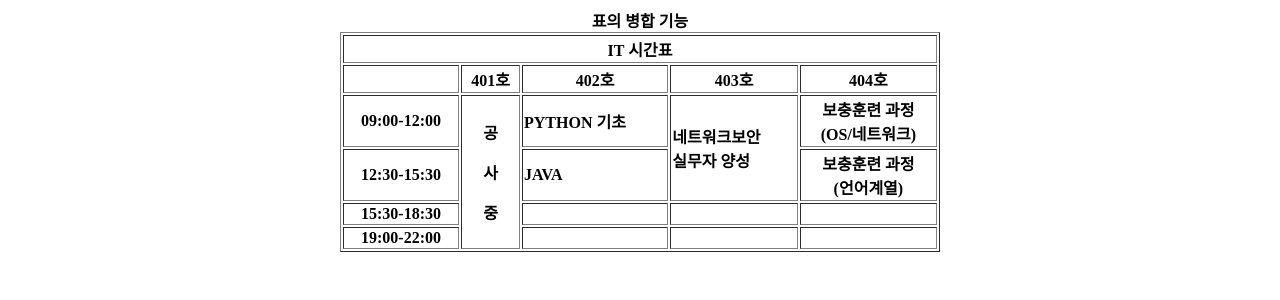
Repository: thswlsqls/JspWorkspace
Page: html/quiz_time.html
These files come from the project's save history. The page is drawn as it stood at one moment and after the next save; the edit follows.
The browser window is 1280 px wide. The pictures show the whole page.

Above is the page before, as saved 2021-04-09 08:39:37.

After the next save:
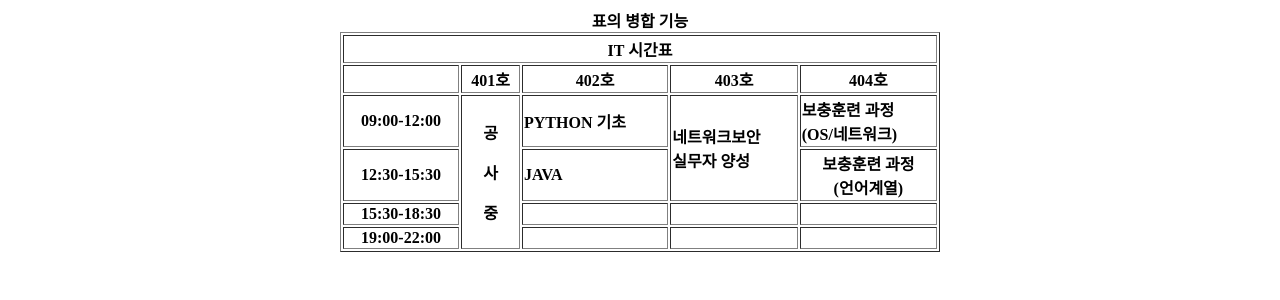
Saved 23 s later.
--- a/html/quiz_time.html
+++ b/html/quiz_time.html
@@ -14,7 +14,7 @@
 			<th></th><th>401호</th><th>402호</th><th>403호</th><th>404호</th>
 		</tr>
 		<tr>
-			<th align="center">09:00-12:00</th><th rowspan="4"><p>공</p><p>사</p><p>중</p></th><th align="left">PYTHON 기초</th><th rowspan="2" align="left">네트워크보안<br>실무자 양성</th><th>보충훈련 과정<br>(OS/네트워크)</th>
+			<th align="center">09:00-12:00</th><th rowspan="4"><p>공</p><p>사</p><p>중</p></th><th align="left">PYTHON 기초</th><th rowspan="2" align="left">네트워크보안<br>실무자 양성</th><th align="left">보충훈련 과정<br>(OS/네트워크)</th>
 		</tr>
 		<tr>
 			<th align="center">12:30-15:30</th><th align="left">JAVA</th><th>보충훈련 과정<br>(언어계열)</th>
